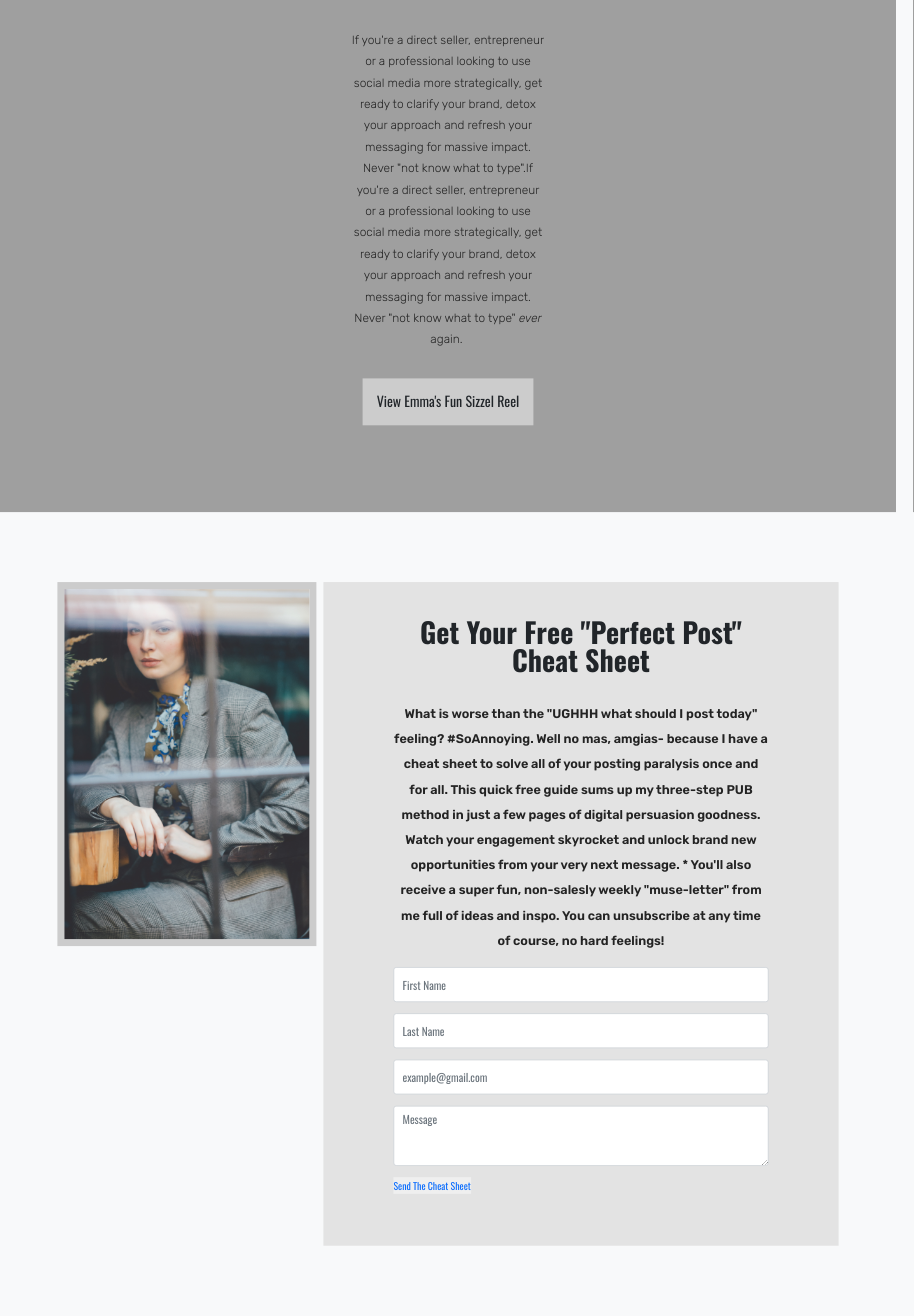
Repository: poroshrahman40/emma-watson-portfolio
Page: index.html
An editor plug-in stored every save of this project. The page is shown before and after a run of saves, followed by the edit.
The browser window is 1280 px wide. The page is 1305 px wide, so the pictures cover 1305 px, including what lies to the right of the window. The pictures show the part of the page from y = 3661 to 5541 px (the page is 5541 px tall before and 5201 px after), at 70% of full size.
Some web fonts or font styles are not loaded; a fallback is used.

Above is the page before, as saved 2021-12-06 18:16:34.

After the next 8 saves:
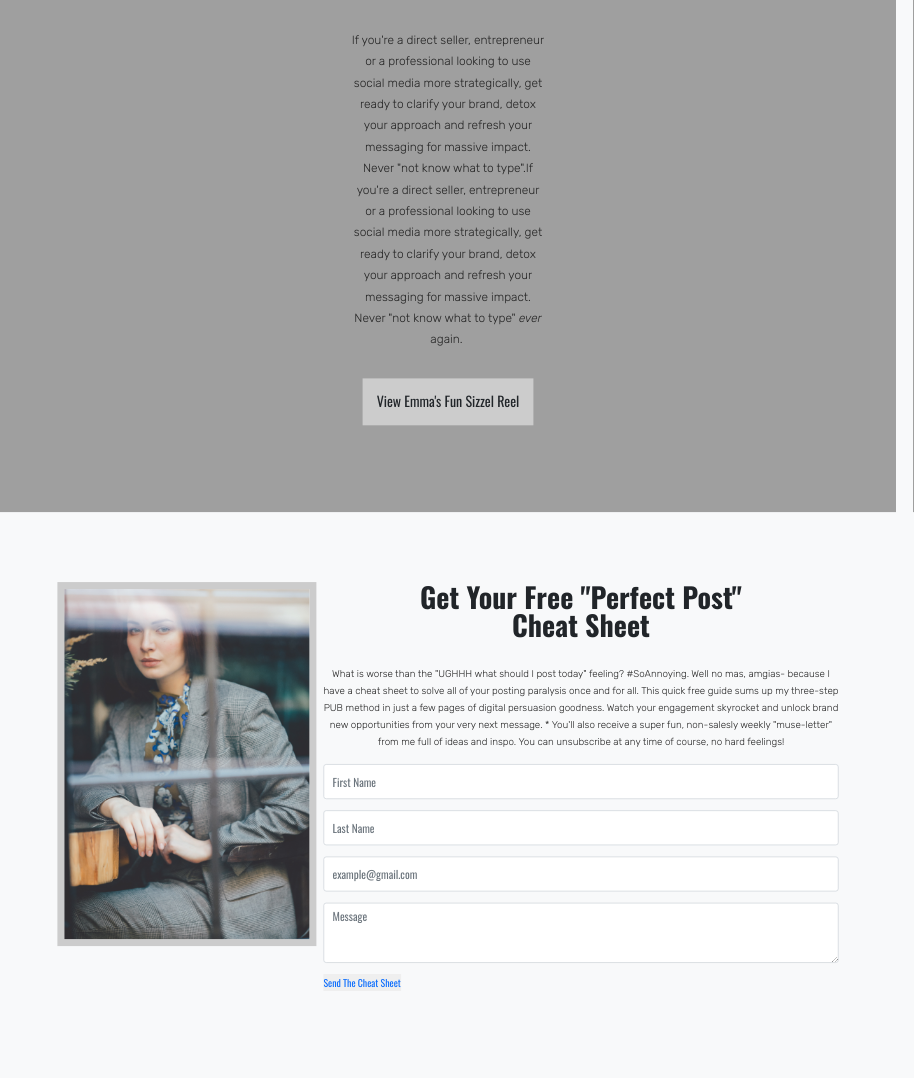
The 8 saves are shown as one change because they came seconds apart.
The last was saved 59 s later.
--- a/index.html
+++ b/index.html
@@ -247,7 +247,7 @@
                 </div>
             </div>
             <div class="col-lg-8 text-center">
-                <div class="ew-get-offer-card">
+                <div class="ew-cheat-sheet-card">
                     <div class="ew-offer-title mb-40">
                         <h1>Get Your Free "Perfect Post" <br> Cheat Sheet</h1>
                     </div>
